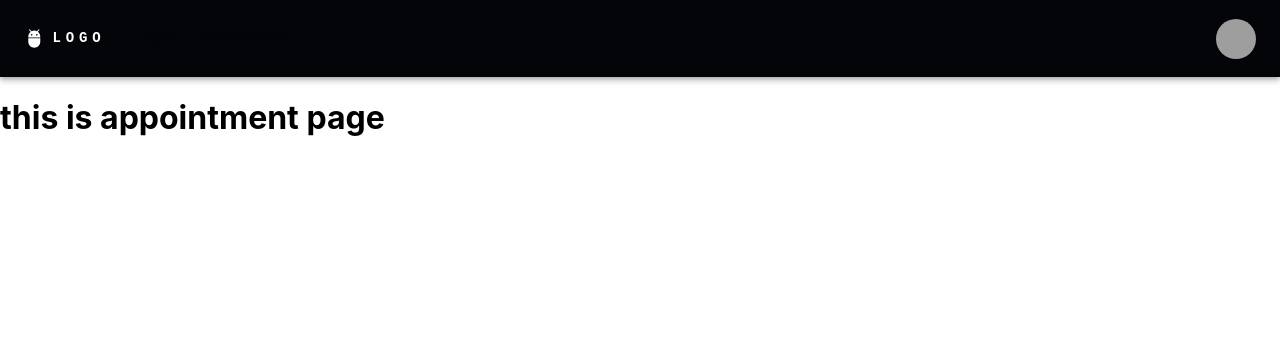
Repository: mdrubel02/health-care
Page: /appointment
These files come from the project's save history. The page is drawn as it stood at one moment and after the next save; the edit follows.
The browser window is 1280 px wide. The pictures show the whole page.
Pictures or frames that could not be fetched are drawn as grey boxes. The project was rebuilt for these pictures with package versions that can differ from the ones it lists, and the page was loaded fresh each time. Also part of the build but not shown: src/Pages/Home/Home.js.

Above is the page before, as saved 2022-11-14 13:56:12.

### src/index.js
import React from 'react';
import ReactDOM from 'react-dom';
import './index.css';
import App from './App';
import reportWebVitals from './reportWebVitals';
import { ColorContextProvider } from './Theme/Theme';

ReactDOM.render(
  <React.StrictMode>
    <ColorContextProvider>
      <App />
    </ColorContextProvider>
  </React.StrictMode>,
  document.getElementById('root')
);

// If you want to start measuring performance in your app, pass a function
// to log results (for example: reportWebVitals(console.log))
// or send to an analytics endpoint. Learn more: https://bit.ly/CRA-vitals
reportWebVitals();

### src/App.js
import { RouterProvider } from 'react-router-dom';
import router from './Layout/router';

function App() {
  return (
    <div>
     <RouterProvider router={router}></RouterProvider>
    </div>
  );
}

export default App;

### src/Theme/Theme.js
import { createTheme, ThemeProvider } from "@mui/material";
import { createContext, useMemo, useState } from "react";

// color design tokens export
export const DrawerWidth = 250;
export const tokens = (mode) => ({
    ...(mode === "dark"
        ? {
            grey: {
                100: "#e0e0e0",
                200: "#c2c2c2",
                300: "#a3a3a3",
                400: "#858585",
                500: "#666666",
                600: "#525252",
                700: "#3d3d3d",
                800: "#292929",
                900: "#141414",
            },
            primary: {
                100: "#d0d1d5",
                200: "#a1a4ab",
                300: "#727681",
                400: "#1F2A40",
                500: "#141b2d",
                600: "#101624",
                700: "#0c101b",
                800: "#080b12",
                900: "#040509",
            },
            greenAccent: {
                100: "#dbf5ee",
                200: "#b7ebde",
                300: "#94e2cd",
                400: "#70d8bd",
                500: "#4cceac",
                600: "#3da58a",
                700: "#2e7c67",
                800: "#1e5245",
                900: "#0f2922",
            },
            redAccent: {
                100: "#f8dcdb",
                200: "#f1b9b7",
                300: "#e99592",
                400: "#e2726e",
                500: "#db4f4a",
                600: "#af3f3b",
                700: "#832f2c",
                800: "#58201e",
                900: "#2c100f",
            },
            blueAccent: {
                100: "#e1e2fe",
                200: "#c3c6fd",
                300: "#a4a9fc",
                400: "#868dfb",
                500: "#6870fa",
                600: "#535ac8",
                700: "#3e4396",
                800: "#2a2d64",
                900: "#151632",
            },
        }
        : {
            grey: {
                100: "#141414",
                200: "#292929",
                300: "#3d3d3d",
                400: "#525252",
                500: "#666666",
                600: "#858585",
                700: "#a3a3a3",
                800: "#c2c2c2",
                900: "#e0e0e0",
            },
            primary: {
                100: "#040509",
                200: "#080b12",
                300: "#0c101b",
                400: "#f2f0f0", // manually changed
                500: "#141b2d",
                600: "#1F2A40",
                700: "#727681",
                800: "#a1a4ab",
                900: "#d0d1d5",
            },
            greenAccent: {
                100: "#0f2922",
                200: "#1e5245",
                300: "#2e7c67",
                400: "#3da58a",
                500: "#4cceac",
                600: "#70d8bd",
                700: "#94e2cd",
                800: "#b7ebde",
                900: "#dbf5ee",
            },
            redAccent: {
                100: "#2c100f",
                200: "#58201e",
                300: "#832f2c",
                400: "#af3f3b",
                500: "#db4f4a",
                600: "#e2726e",
                700: "#e99592",
                800: "#f1b9b7",
                900: "#f8dcdb",
            },
            blueAccent: {
                100: "#151632",
                200: "#2a2d64",
                300: "#3e4396",
                400: "#535ac8",
                500: "#6870fa",
                600: "#868dfb",
                700: "#a4a9fc",
                800: "#c3c6fd",
                900: "#e1e2fe",
            },
        }),
});

// mui theme settings
export const themeSettings = (mode) => {
    const colors = tokens(mode);
    return {
        palette: {
            mode: mode,
            ...(mode === "dark"
                ? {
                    // palette values for dark mode
                    primary: {
                        main: colors.primary[500],
                    },
                    secondary: {
                        main: colors.greenAccent[500],
                    },
                    neutral: {
                        dark: colors.grey[700],
                        main: colors.grey[500],
                        light: colors.grey[100],
                    },
                    background: {
                        default: colors.primary[500],
                    },
                }
                : {
                    // palette values for light mode
                    primary: {
                        main: colors.primary[100],
                    },
                    secondary: {
                        main: colors.greenAccent[500],
                    },
                    neutral: {
                        dark: colors.grey[700],
                        main: colors.grey[500],
                        light: colors.grey[100],
                    },
                    background: {
                        default: "#fcfcfc",
                    },
                }),
        },
        components: {

            MuiButton: {
                defaultProps: {
                    disableRipple: true,
                    disableElevation: true,
                    styleOverrides: {
                        textDecoration: 'none',
                        "&:hover": {
                            color: "#fff"
                        }
                    },
                },
                MuiTooltip: {
                    defaultProps: {
                      arrow: true,
                    },
                    styleOverrides: {
                      tooltip: {
                        background: '',
                      },
                      arrow: {
                        color: '',
                      },
                    },
                  },
            },
            MuiDrawer: {
                styleOverrides: {
                  paper: {
                    width: DrawerWidth,
                    background: '',
                    color: '',
                    borderRadius: '0px 100px 0px 0px',
                    borderRight: `1px solid `
                  }
                }
              },
              MuiDivider: {
                styleOverrides: {
                  root: {
                    borderColor: 'gray'
                  }
                }
              },
        },
        typography: {
            fontFamily: ["Source Sans Pro", "sans-serif"].join(","),
            fontSize: 12,
            h1: {
                fontFamily: ["Source Sans Pro", "sans-serif"].join(","),
                fontSize: 40,
            },
            h2: {
                fontFamily: ["Source Sans Pro", "sans-serif"].join(","),
                fontSize: 32,
            },
            h3: {
                fontFamily: ["Source Sans Pro", "sans-serif"].join(","),
                fontSize: 24,
            },
            h4: {
                fontFamily: ["Source Sans Pro", "sans-serif"].join(","),
                fontSize: 20,
            },
            h5: {
                fontFamily: ["Source Sans Pro", "sans-serif"].join(","),
                fontSize: 16,
            },
            h6: {
                fontFamily: ["Source Sans Pro", "sans-serif"].join(","),
                fontSize: 14,
            },
        },
    };
};

export const ColorModeContext = createContext({
    toggleMode: () => { },
    mode: "light"
})


export const ColorContextProvider = ({ children }) => {
    const [mode, setMode] = useState("light")

    const colorMode = useMemo(() => ({
        toggleMode: () => setMode(prevMode => prevMode === "light" ? "dark" : "light"),
        mode
    }), [mode])
    const theme = useMemo(() => createTheme(themeSettings(mode)), [mode]);

    return (
        <ColorModeContext.Provider value={colorMode}>
            <ThemeProvider theme={theme}>
                {children}
            </ThemeProvider>
        </ColorModeContext.Provider>
    )
}

### src/Layout/router.js
import { createBrowserRouter } from "react-router-dom";
import Appointment from "../Pages/Appointment/Appointment";
import Home from "../Pages/Home/Home";
import Main from "./Main";


const router = createBrowserRouter([{
    path: '/',
    element: <Main/>,
    children: [
        {path: '/',element: <Home/>},
        {path: '/home',element: <Home/>},
        {path: '/appointment',element: <Appointment/>},
    ]
}])
export default router;

### src/Pages/Appointment/Appointment.js
import React from 'react';

const Appointment = () => {
    return (
        <div>
            <h1>this is appointment page</h1>
        </div>
    );
};

export default Appointment;

### src/Layout/Main.js
import React from 'react';
import { Outlet } from 'react-router-dom';
import Header from '../Pages/Header/Header';

const Main = () => {
    return (
        <div>
           <Header/>
           <Outlet/>

        </div>
    );
};

export default Main;

### src/Pages/Header/Header.js
import { AppBar, Avatar, Box, Button, Container, IconButton, Menu, MenuItem, Toolbar, Tooltip, Typography, useTheme } from '@mui/material';
import AdbIcon from '@mui/icons-material/Adb';
import MenuIcon from '@mui/icons-material/Menu';
import { Link as RouterLink } from 'react-router-dom';
import React, { useState } from 'react';
import { tokens } from '../../Theme/Theme';

const items = <React.Fragment>
    <Button component={RouterLink} to="/home">Home</Button>
    <Button component={RouterLink} to="/appointment">Appointment</Button>
</React.Fragment>
const settings = ['Profile', 'Account', 'Dashboard', 'Logout'];

const Header = () => {
    const theme = useTheme();
    const colors = tokens(theme.palette.mode);
    const [anchorElNav, setAnchorElNav] = useState(null);
    const [anchorElUser, setAnchorElUser] = useState(null);

    const handleOpenNavMenu = (event) => {
        setAnchorElNav(event.currentTarget);
    };
    const handleOpenUserMenu = (event) => {
        setAnchorElUser(event.currentTarget);
    };

    const handleCloseNavMenu = () => {
        setAnchorElNav(null);
    };

    const handleCloseUserMenu = () => {
        setAnchorElUser(null);
    };
    return (
        <AppBar position="static">
            <Container maxWidth="xl">
                <Toolbar disableGutters>
                    <AdbIcon sx={{ display: { xs: 'none', md: 'flex' }, mr: 1 }} />
                    <Typography
                        variant="h6"
                        noWrap
                        component="a"
                        href="/"
                        sx={{
                            mr: 2,
                            display: { xs: 'none', md: 'flex' },
                            fontFamily: 'monospace',
                            fontWeight: 700,
                            letterSpacing: '.3rem',
                            color: 'inherit',
                            textDecoration: 'none',
                        }}
                    >
                        LOGO
                    </Typography>

                    <Box sx={{ flexGrow: 1, display: { xs: 'flex', md: 'none' } }}>
                        <IconButton
                            size="large"
                            aria-label="account of current user"
                            aria-controls="menu-appbar"
                            aria-haspopup="true"
                            onClick={handleOpenNavMenu}
                            color="inherit"
                        >
                            <MenuIcon />
                        </IconButton>
                        <Menu
                            id="menu-appbar"
                            anchorEl={anchorElNav}
                            anchorOrigin={{
                                vertical: 'bottom',
                                horizontal: 'left',
                            }}
                            keepMounted
                            transformOrigin={{
                                vertical: 'top',
                                horizontal: 'left',
                            }}
                            open={Boolean(anchorElNav)}
                            onClose={handleCloseNavMenu}
                            sx={{
                                display: { xs: 'block', md: 'none' },
                            }}
                        >

                            <MenuItem onClick={handleCloseNavMenu}>
                                <Typography variant="h5" sx={{textColor: `${colors.primary[400]} !important`}} textAlign="center">{items}</Typography>
                            </MenuItem>

                        </Menu>
                    </Box>
                    <AdbIcon sx={{ display: { xs: 'flex', md: 'none' }, mr: 1 }} />
                    <Typography
                        variant="h5"
                        noWrap
                        component="a"
                        href=""
                        sx={{
                            mr: 2,
                            display: { xs: 'flex', md: 'none' },
                            flexGrow: 1,
                            fontFamily: 'monospace',
                            fontWeight: 700,
                            letterSpacing: '.3rem',
                            color: 'inherit',
                            textDecoration: 'none',
                        }}
                    >
                        LOGO
                    </Typography>
                    <Box sx={{ flexGrow: 1, display: { xs: 'none', md: 'flex' } }}>

                        <Button

                            onClick={handleCloseNavMenu}
                            sx={{textColor: `${colors.primary[400]} !important`, my: 2,  display: 'block' }}
                        >
                            {items}
                        </Button>

                    </Box>

                    <Box sx={{ flexGrow: 0 }}>
                        <Tooltip title="Open settings">
                            <IconButton onClick={handleOpenUserMenu} sx={{ p: 0 }}>
                                <Avatar alt="Remy Sharp" src="/static/images/avatar/2.jpg" />
                            </IconButton>
                        </Tooltip>
                        <Menu
                            sx={{ mt: '45px' }}
                            id="menu-appbar"
                            anchorEl={anchorElUser}
                            anchorOrigin={{
                                vertical: 'top',
                                horizontal: 'right',
                            }}
                            keepMounted
                            transformOrigin={{
                                vertical: 'top',
                                horizontal: 'right',
                            }}
                            open={Boolean(anchorElUser)}
                            onClose={handleCloseUserMenu}
                        >
                            {settings.map((setting) => (
                                <MenuItem key={setting} onClick={handleCloseUserMenu}>
                                    <Typography textAlign="center">{setting}</Typography>
                                </MenuItem>
                            ))}
                        </Menu>
                    </Box>
                </Toolbar>
            </Container>
        </AppBar>
    );
};

export default Header;

Loaded but not shown: public/index.html (common file); src/index.css (common file); src/reportWebVitals.js (common file)

After the next save:
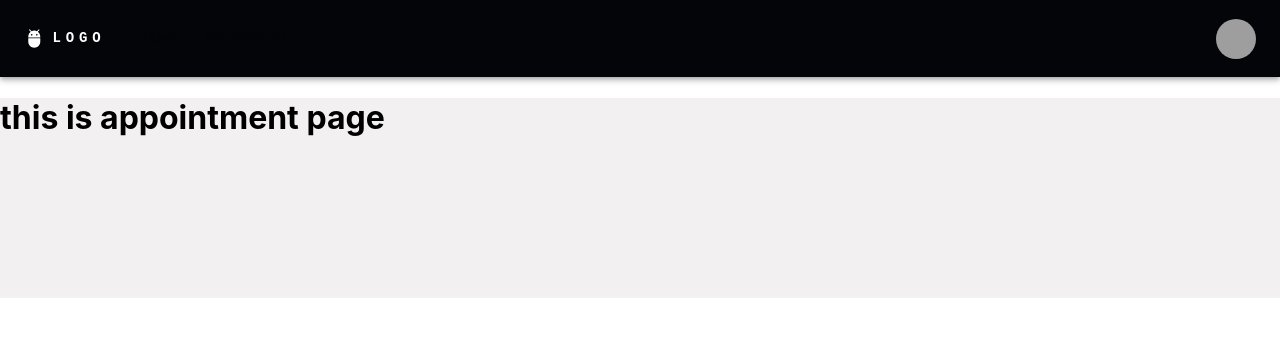
Saved 3 min 36 s later.
--- a/src/Pages/Appointment/Appointment.js
+++ b/src/Pages/Appointment/Appointment.js
@@ -1,10 +1,16 @@
+import { Box, useTheme } from '@mui/material';
 import React from 'react';
+import { tokens } from '../../Theme/Theme';
 
 const Appointment = () => {
+    const theme = useTheme();
+    const colors = tokens(theme.palette.mode);
     return (
-        <div>
+        <Box
+        sx={{ background: `${colors.primary[400]} !important`, height: '200px'}}
+        >
             <h1>this is appointment page</h1>
-        </div>
+        </Box>
     );
 };
 
